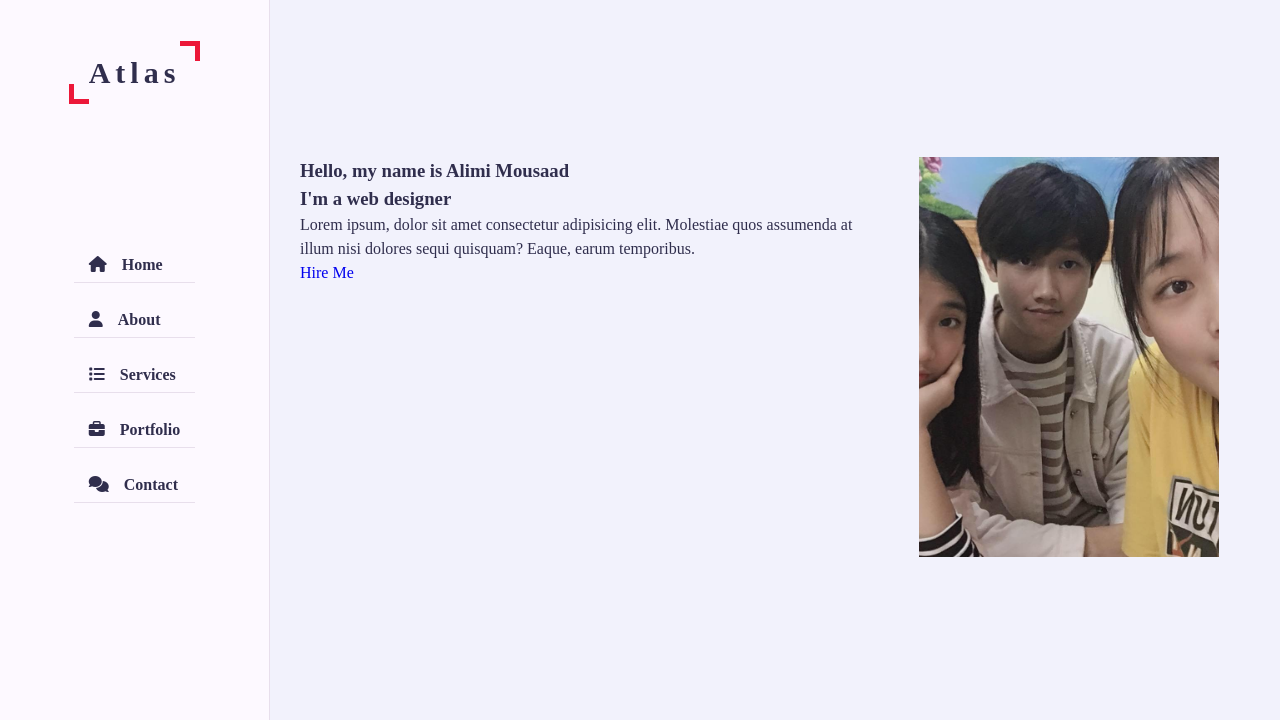
Repository: luanhoang0902/portfolio-ui
Page: index.html
The author's editor kept a copy of each file at every save. The page is drawn from the files as they stood at one save, then again after the next save.
The browser window is 1280 px wide. The pictures show the whole page.
Some web fonts or font styles are not loaded; a fallback is used. Some web libraries are served in a nearby version.

Above is the page before, as saved 2022-06-02 15:06:14.

After the next save:
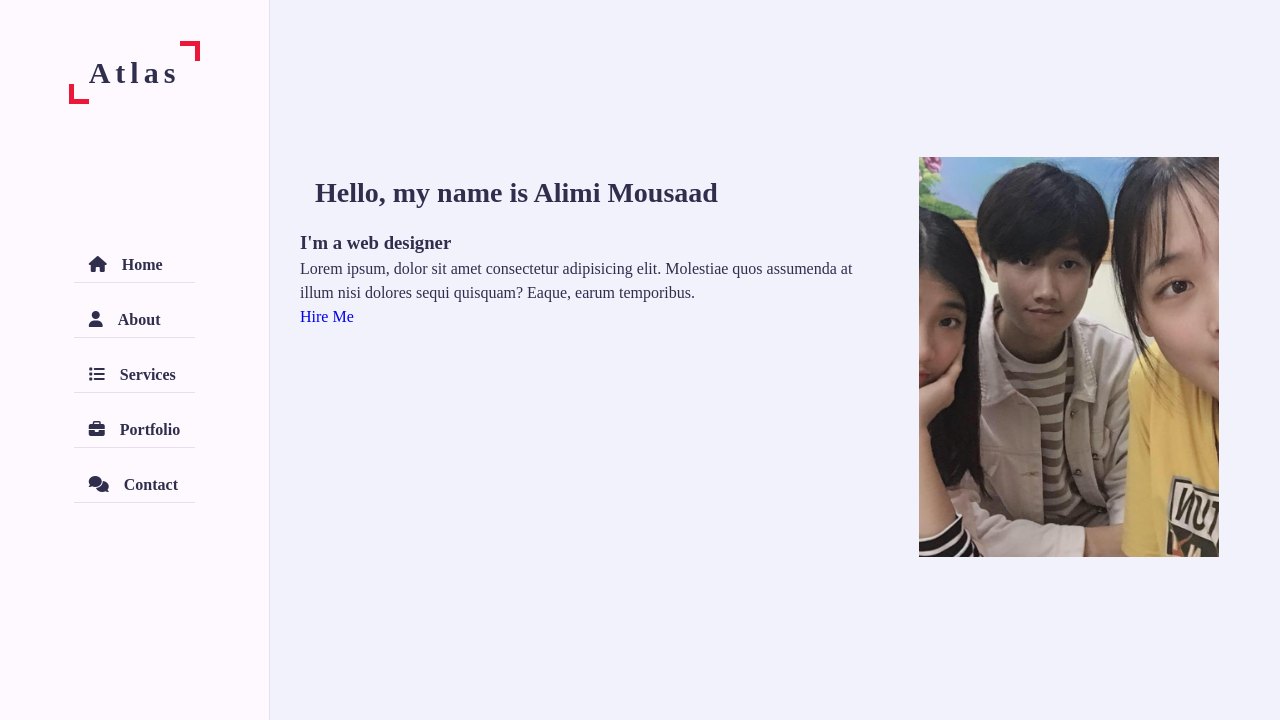
Saved 56 s later.
--- a/css/style.css
+++ b/css/style.css
@@ -214,6 +214,11 @@
     flex: 0 0 60%;
     min-width: 60%;
 }
+h3.hello
+{
+    font-size: 28px;
+    margin: 15px;
+}
 .home .home-img
 {
     flex: 0 0 40%;
